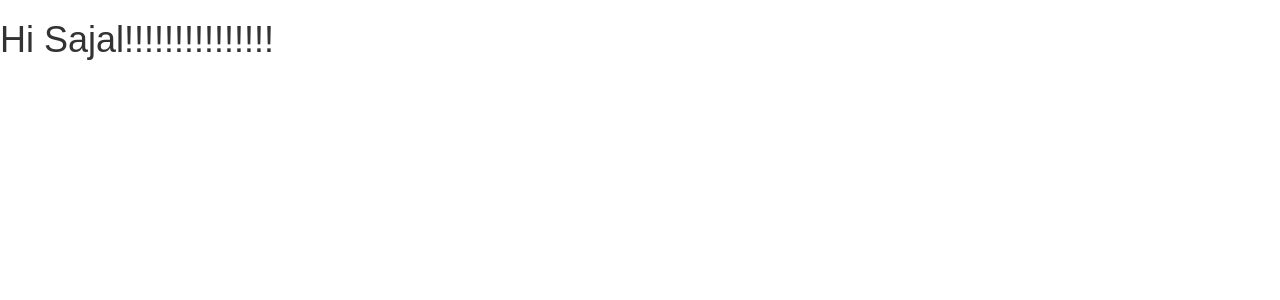
Repository: sajalsinghal7/Recruitment
Page: Template_workplace.html
The author's editor kept a record of every edit. The page is drawn from the files as they stood at one moment, then again after the next edit.
The browser window is 1280 px wide. The pictures show the whole page.

Above is the page before.

After the next edit:
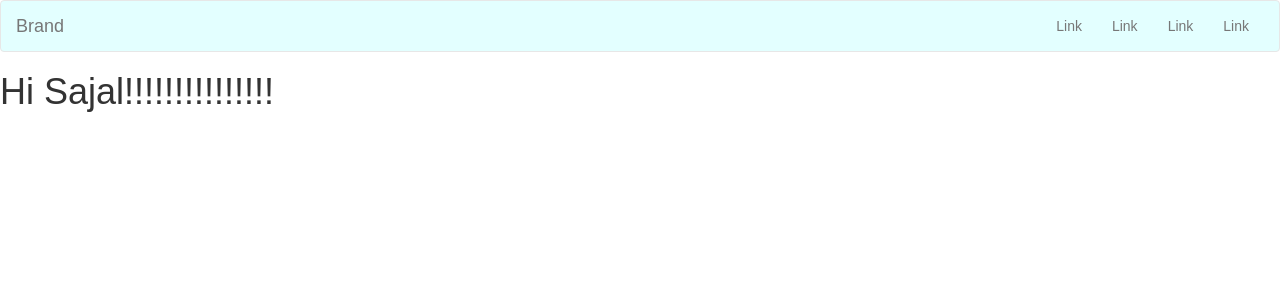
The edit:
--- a/Template_workplace.html
+++ b/Template_workplace.html
@@ -23,6 +23,101 @@
 
 
 
+  <nav class="navbar navbar-default" style="background-color: #e3ffff;">
+  <div class="container-fluid">
+    <!-- Brand and toggle get grouped for better mobile display -->
+    <div class="navbar-header">
+      <button type="button" class="navbar-toggle collapsed" data-toggle="collapse" data-target="#bs-example-navbar-collapse-1" aria-expanded="false">
+        <span class="sr-only">Toggle navigation</span>
+        <span class="icon-bar"></span>
+        <span class="icon-bar"></span>
+        <span class="icon-bar"></span>
+      </button>
+      <a class="navbar-brand" href="#">Brand</a>
+    </div>
+
+    <!-- Collect the nav links, forms, and other content for toggling -->
+    <div class="collapse navbar-collapse" id="bs-example-navbar-collapse-1">
+      <ul class="nav navbar-nav navbar-right">
+        <li><a href="#">Link</a></li>
+        <li><a href="#">Link</a></li>
+        <li><a href="#">Link</a></li>
+        <li><a href="#">Link</a></li>
+      </ul>
+    </div><!-- /.navbar-collapse -->
+  </div><!-- /.container-fluid -->
+</nav>
+
+
+
+
+
+
+
+
+
+
+
+
+
+
+
+
+<div class="modal fade" tabindex="-1" role="dialog" aria-labelledby="gridSystemModalLabel">
+  <div class="modal-dialog" role="document">
+    <div class="modal-content">
+      <div class="modal-header">
+        <button type="button" class="close" data-dismiss="modal" aria-label="Close"><span aria-hidden="true">&times;</span></button>
+        <h4 class="modal-title" id="gridSystemModalLabel">Modal title</h4>
+      </div>
+      <div class="modal-body">
+        <div class="row">
+          <div class="col-md-4">.col-md-4</div>
+          <div class="col-md-4 col-md-offset-4">.col-md-4 .col-md-offset-4</div>
+        </div>
+        <div class="row">
+          <div class="col-md-3 col-md-offset-3">.col-md-3 .col-md-offset-3</div>
+          <div class="col-md-2 col-md-offset-4">.col-md-2 .col-md-offset-4</div>
+        </div>
+        <div class="row">
+          <div class="col-md-6 col-md-offset-3">.col-md-6 .col-md-offset-3</div>
+        </div>
+        <div class="row">
+          <div class="col-sm-9">
+            Level 1: .col-sm-9
+            <div class="row">
+              <div class="col-xs-8 col-sm-6">
+                Level 2: .col-xs-8 .col-sm-6
+              </div>
+              <div class="col-xs-4 col-sm-6">
+                Level 2: .col-xs-4 .col-sm-6
+              </div>
+            </div>
+          </div>
+        </div>
+      </div>
+      <div class="modal-footer">
+        <button type="button" class="btn btn-default" data-dismiss="modal">Close</button>
+        <button type="button" class="btn btn-primary">Save changes</button>
+      </div>
+    </div><!-- /.modal-content -->
+  </div><!-- /.modal-dialog -->
+</div><!-- /.modal -->
+
+
+
+
+
+
+
+
+
+
+
+
+
+
+
 
 
 
